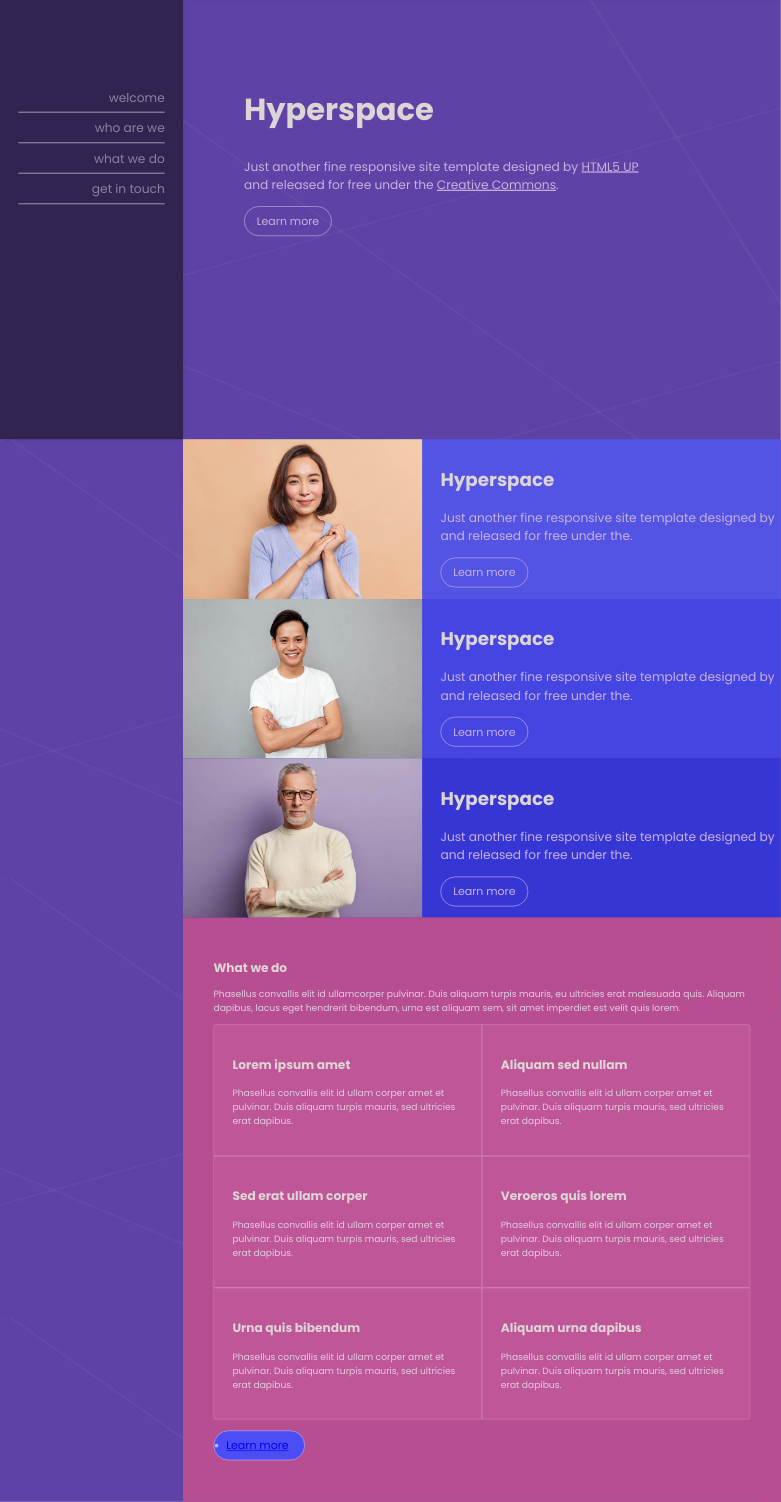
Repository: zai31/KIMIT_Tasks
Page: JsSession8/index.html
An editor plug-in stored every save of this project. The page is shown before and after a run of saves, followed by the edit.
The browser window is 1280 px wide. The pictures show the whole page, at 61% of full size.
The pointer rests on the first visible `.flex-section .section .content .what .actions`.
Backgrounds fixed to the window are drawn as part of the page.

Above is the page before, as saved 2025-09-15 21:09:09.

After the next 3 saves:
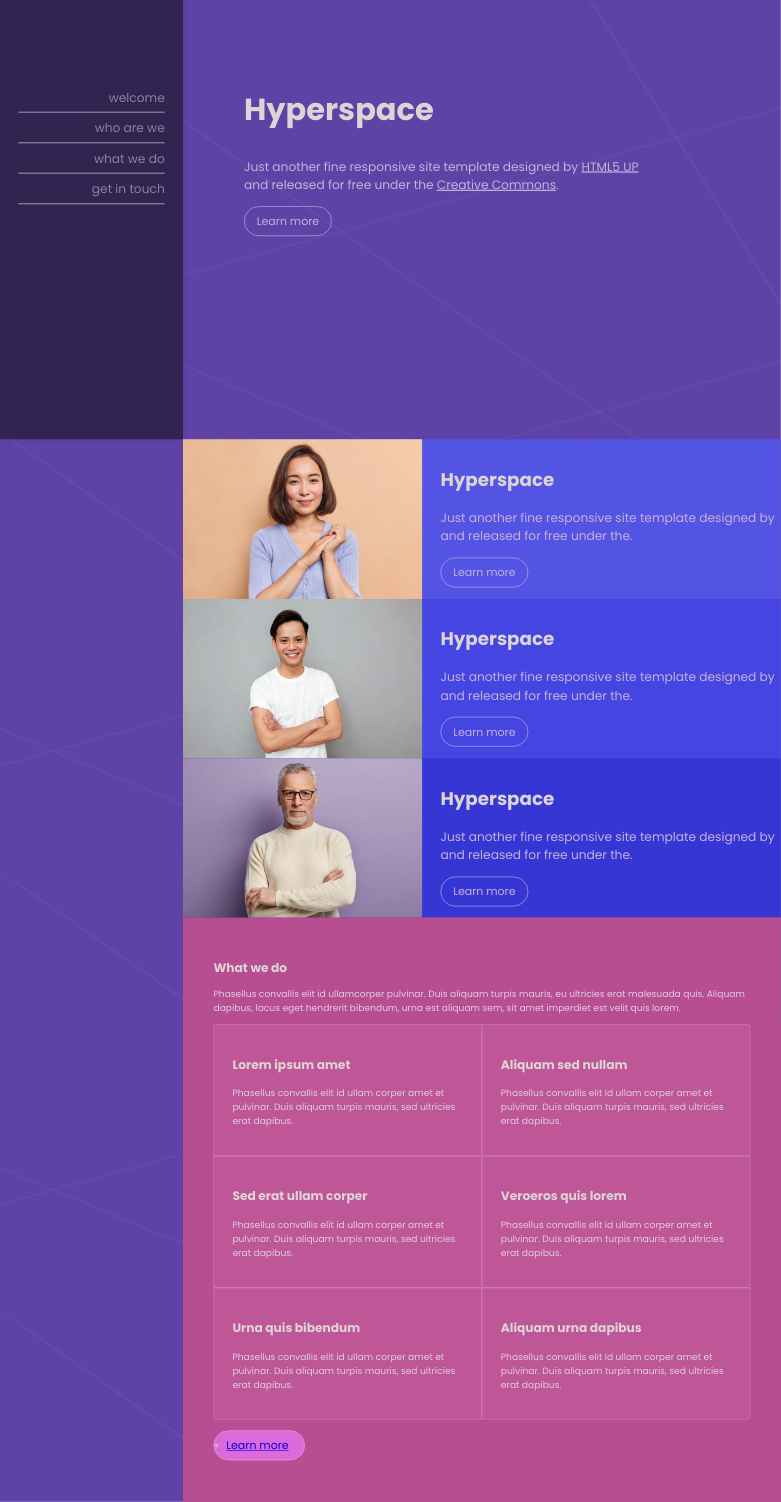
The 3 saves are shown as one change because they came seconds apart.
The last was saved 10 s later.
--- a/JsSession8/CSS/style.css
+++ b/JsSession8/CSS/style.css
@@ -246,5 +246,5 @@ body {
 }
 
 .flex-section .section .content .what .actions:hover {
-    background-color: rgb(77, 77, 246);
-}
+    background-color: rgb(222, 105, 218);
+}
